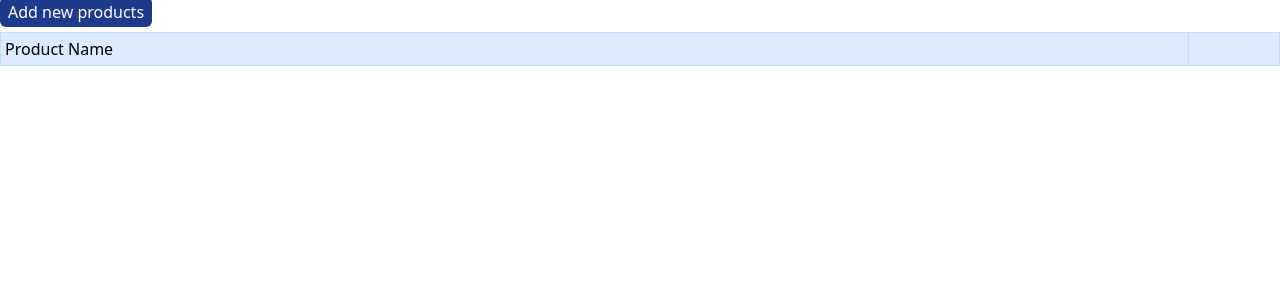
Repository: xoshiraghavx/CRUDS
Page: /
These files come from the project's save history. The page is drawn as it stood at one moment and after a run of saves; the edit follows.
The browser window is 1280 px wide. The pictures show the whole page.
The page's requests for data from a server got no answer. The project was rebuilt for these pictures with package versions that can differ from the ones it lists, and the page was loaded fresh each time. The framework's server and built-in components were replaced by stand-ins that run in the browser. No one was signed in, and anything a server would have sent is missing. Also part of the build but not shown: next.config.mjs.

Above is the page before, as saved 2024-04-02 18:41:48.

After the next 3 saves:
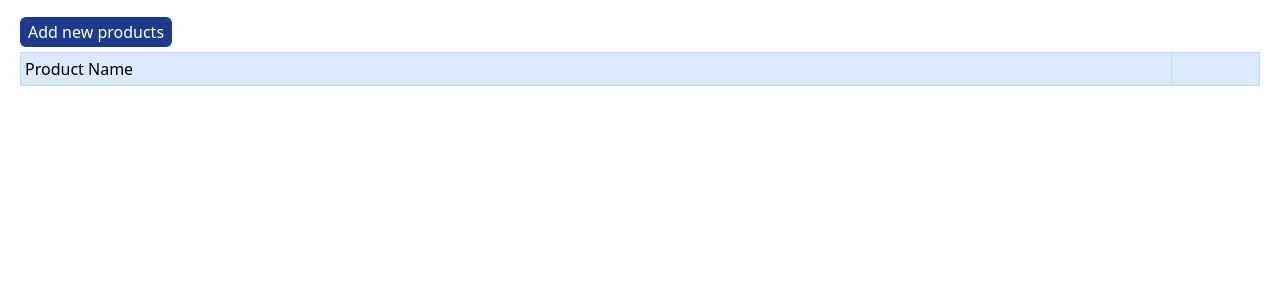
The 3 saves are shown as one change because they came seconds apart.
The last was saved 95 s later.
--- a/pages/index.js
+++ b/pages/index.js
@@ -10,7 +10,7 @@ export default function Products(){
     });
     }, []);
     return (
-    <>
+    <div className="m-5">
         <Link className="bg-blue-900 text-white rounded-md py-1 px-2" href={'/products/new'}>Add new products</Link>
         <table className="basic mt-2">
             <thead>
@@ -41,6 +41,6 @@ export default function Products(){
                 ))}
             </tbody>
         </table>
-    </>
+    </div>
     );
 }
